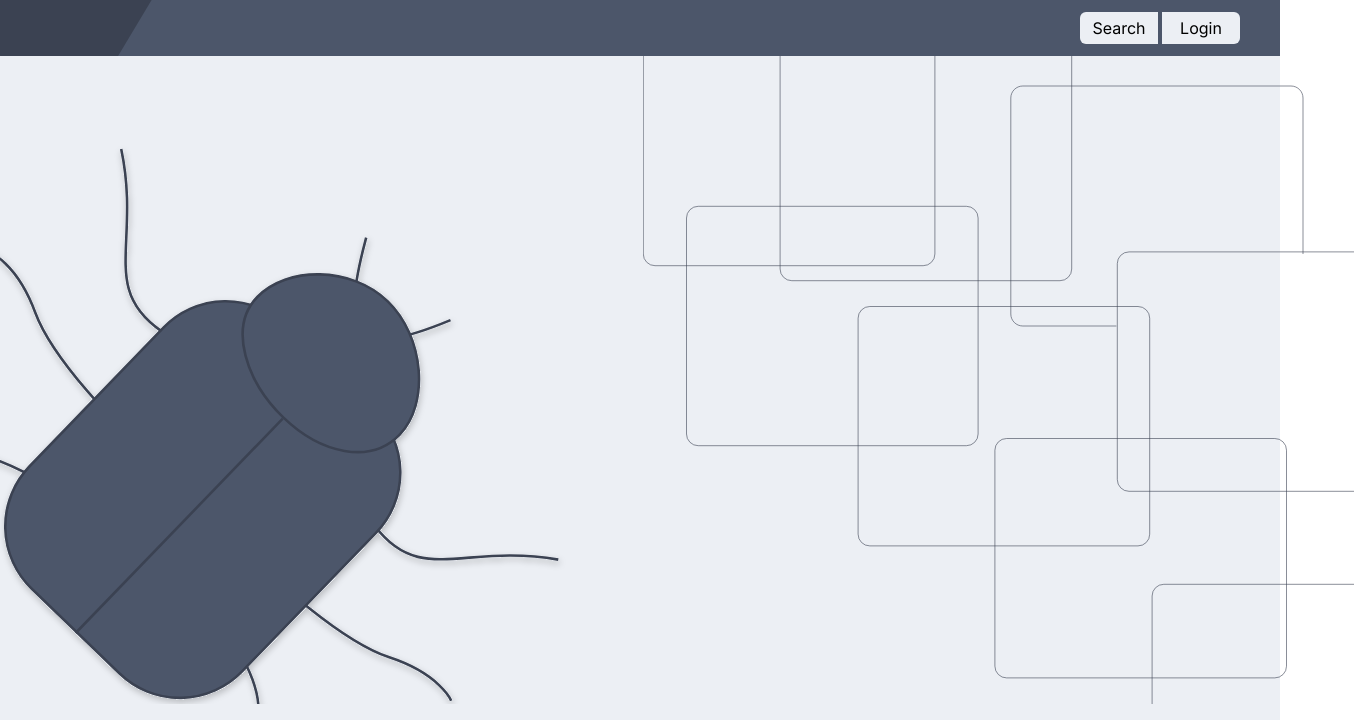
Repository: Qu4ntumGuy/project-bug
Page: /
An editor plug-in stored every save of this project. The page is shown before and after the next save, followed by the edit.
The browser window is 1280 px wide. The page is 1354 px wide, so the pictures cover 1354 px, including what lies to the right of the window. The pictures show the whole page.
The project was rebuilt for these pictures with package versions that can differ from the ones it lists, and the page was loaded fresh each time. The framework's server and built-in components were replaced by stand-ins that run in the browser. Also part of the build but not shown: next.config.mjs.

Above is the page before, as saved 2024-02-11 23:14:31.

### src/app/layout.js
import { Inter } from "next/font/google";
import "./globals.css";

const inter = Inter({ subsets: ["latin"] });

export default function RootLayout({ children }) {
  return (
    <html lang="en">
      <head>
        <title>Project-bug</title>
        <meta name="description" content="Description goes here." />
        <link rel="preconnect" href="https://fonts.googleapis.com" />
        <link rel="preconnect" href="https://fonts.gstatic.com" crossorigin />
        <link
          href="https://fonts.googleapis.com/css2?family=Fira+Code:wght@300;400;500;600&display=swap"
          rel="stylesheet"
        />
      </head>
      <body className={inter.className}>{children}</body>
    </html>
  );
}

### src/app/page.js
import Navbar from "@/components/Navbar";
import Image from "next/image";
import bug from "../../public/Bug.svg";
import bgdesign from "../../public/bgDesign.svg";
import bgmain from "../../public/bg-main.svg";

export default function Home() {
  const bgimg = "/Bug.svg";
  return (
    <div className="h-screen bg-[#ECEFF4] ">
      <Navbar />
      <div className="flex justify-between h-[90%]">
        <Image src={bug} alt="bug" />
        <Image src={bgdesign} alt="bgdesign" />
        {/* <div className="">
          <Image src={bug} alt="bug" />
        </div>
        <div className="">
          <Image src={bgdesign} alt="bgdesign" />
        </div> */}
      </div>
    </div>
  );
}

### src/app/globals.css
@tailwind base;
@tailwind components;
@tailwind utilities;

/* :root {
  --foreground-rgb: 0, 0, 0;
  --background-start-rgb: 214, 219, 220;
  --background-end-rgb: 255, 255, 255;
} */

/* @media (prefers-color-scheme: dark) {
  :root {
    --foreground-rgb: 255, 255, 255;
    --background-start-rgb: 0, 0, 0;
    --background-end-rgb: 0, 0, 0;
  }
} */

body {
  color: rgb(var(--foreground-rgb));
  background: rgba(255, 255, 255, 1);
  font-family: 'Fira Code', monospace;
}

@font-face {
  font-family: "Fira Code";
  src: url("../../public/font/FiraCode-VariableFont_wght.ttf")
    format("truetype");
}


/* @layer utilities {
  .text-balance {
    text-wrap: balance;
  }
} */

### src/components/Navbar.js
import Image from "next/image";
import reactangle from "../../public/Rectangle 5.svg";

export default function Navbar() {
  return (
    <nav className="h-14 w-full bg-[#4C566A] flex justify-end">
      <div className=" absolute flex -left-1 -top-1">
        <Image
          src={reactangle}
          alt="reactangle"
          height={60}
          className=" rounded-md"
        />
      </div>
      <div className="flex m-3 w-40 mr-10 justify-between">
        <div className="flex bg-[#ECEFF4] w-full mr-1 rounded-l-md items-center justify-center align-middle">
          <button>Search</button>
        </div>
        <div className="flex bg-[#ECEFF4] w-full rounded-r-md items-center justify-center align-middle">
          <button>Login</button>
        </div>
      </div>
    </nav>
  );
}

Loaded but not shown: tailwind.config.js (common file)

After the next save:
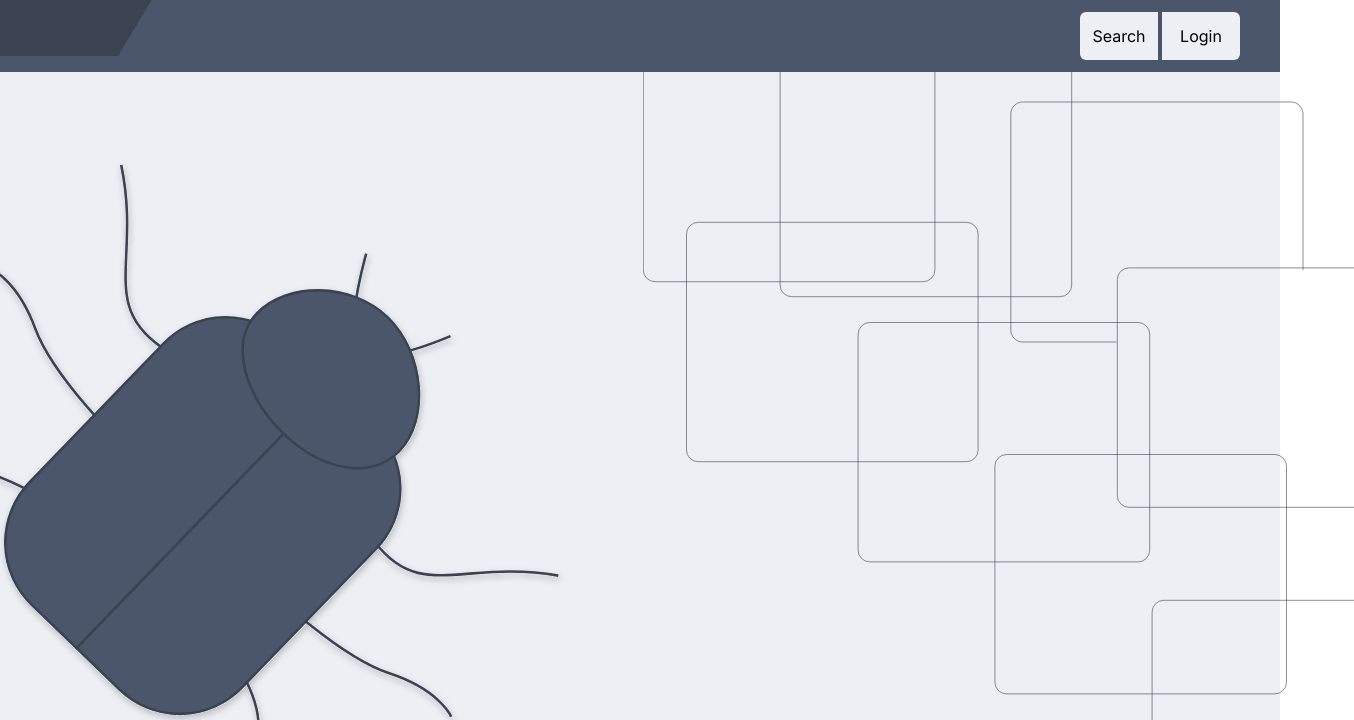
Saved 14 s later.
--- a/src/components/Navbar.js
+++ b/src/components/Navbar.js
@@ -3,7 +3,7 @@ import reactangle from "../../public/Rectangle 5.svg";
 
 export default function Navbar() {
   return (
-    <nav className="h-14 w-full bg-[#4C566A] flex justify-end">
+    <nav className="h-[10%] w-full bg-[#4C566A] flex justify-end">
       <div className=" absolute flex -left-1 -top-1">
         <Image
           src={reactangle}
